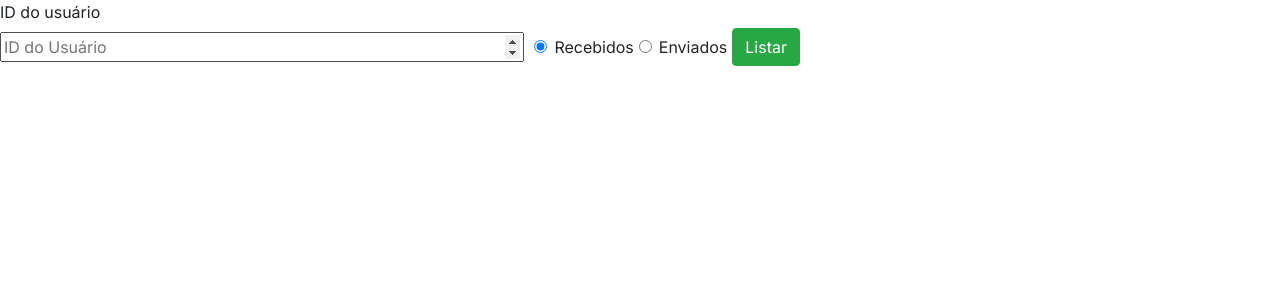
Repository: mateusilva8/tarefa-pix
Page: frontend/index.html
These files come from the project's save history. The page is drawn as it stood at one moment and after the next save; the edit follows.
The browser window is 1280 px wide. The pictures show the whole page.

Above is the page before, as saved 2023-10-21 19:34:03.

### frontend/index.html
<!DOCTYPE html>
<html lang="pt-BR">
<head>
  <meta charset="UTF-8">
  <meta name="viewport" content="width=device-width, initial-scale=1.0">
  <title>CRIE_TI PIX</title>
  <link rel="stylesheet" href="./css/index.css">
  <link rel="preconnect" href="https://fonts.googleapis.com">
  <link rel="preconnect" href="https://fonts.gstatic.com" crossorigin>
  <link rel="stylesheet" href="https://stackpath.bootstrapcdn.com/bootstrap/4.1.3/css/bootstrap.min.css" integrity="sha384-MCw98/SFnGE8fJT3GXwEOngsV7Zt27NXFoaoApmYm81iuXoPkFOJwJ8ERdknLPMO" crossorigin="anonymous">
  <link href="https://fonts.googleapis.com/css2?family=Inter:wght@400;700&display=swap" rel="stylesheet">
</head>
<body>
  <div class="formulario">
    <label for="id">ID do usuário</label>
    <div class="formulario-body">
      <input class="idInput" type="number" placeholder="ID do Usuário" id="id"></input>
      <div class="formulario-select">
        <div class="form-check">
          <input class="form-check-input" type="radio" name="exampleRadios" id="exampleRadios1" value="opcao1" checked>
          <label class="form-check-label" for="exampleRadios1">
            Recebidos
          </label>
        </div>
        <div class="form-check">
          <input class="form-check-input" type="radio" name="exampleRadios" id="exampleRadios2" value="opcao2">
          <label class="form-check-label" for="exampleRadios2">
            Enviados
          </label>
        </div>
        <button type="button" class="btn btn-success">Listar</button>

      </div>
    </div>
  </div>


  <script src="https://code.jquery.com/jquery-3.3.1.slim.min.js" integrity="sha384-q8i/X+965DzO0rT7abK41JStQIAqVgRVzpbzo5smXKp4YfRvH+8abtTE1Pi6jizo" crossorigin="anonymous"></script>
  <script src="https://cdnjs.cloudflare.com/ajax/libs/popper.js/1.14.3/umd/popper.min.js" integrity="sha384-ZMP7rVo3mIykV+2+9J3UJ46jBk0WLaUAdn689aCwoqbBJiSnjAK/l8WvCWPIPm49" crossorigin="anonymous"></script>
  <script src="https://stackpath.bootstrapcdn.com/bootstrap/4.1.3/js/bootstrap.min.js" integrity="sha384-ChfqqxuZUCnJSK3+MXmPNIyE6ZbWh2IMqE241rYiqJxyMiZ6OW/JmZQ5stwEULTy" crossorigin="anonymous"></script>
</body>
</html>

### frontend/css/index.css
* {
    font-family: 'Inter', sans-serif;
}

.formulario {
    display: flex;
    flex-direction: column;
    width: 100%;
    font-size: 1rem;

}

.formulario-body {
    display: flex;
    flex-direction: row;
    width: 800px;
    height: 30px;
    justify-content: space-between;
    align-items: center;
    gap: 10px;
}

.formulario-select {
    display: flex;
    flex-direction: row;
    gap: 5px;
    align-items: center;

}

.idInput {
    width: 800px;
}

After the next save:
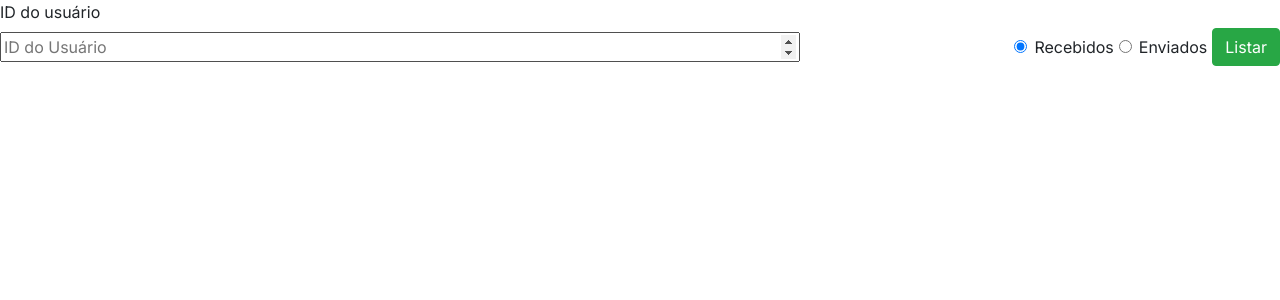
Saved 2 min 0 s later.
--- a/frontend/css/index.css
+++ b/frontend/css/index.css
@@ -13,7 +13,7 @@
 .formulario-body {
     display: flex;
     flex-direction: row;
-    width: 800px;
+    width: 100%;
     height: 30px;
     justify-content: space-between;
     align-items: center;
